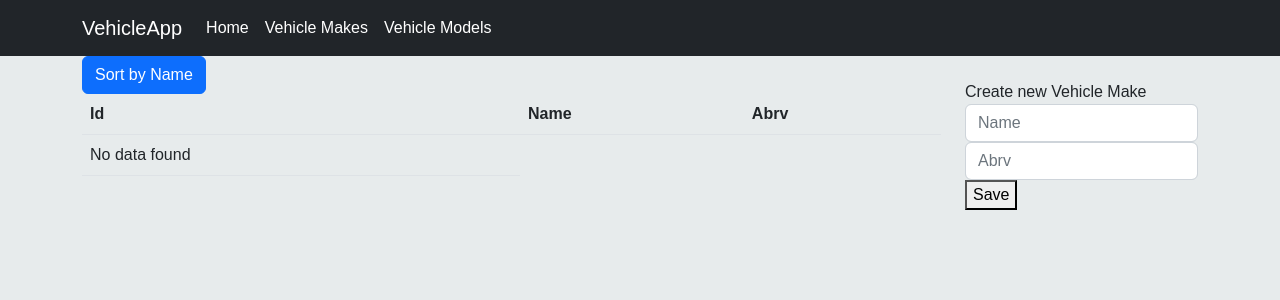
Repository: magdalenarajic/VehicleFrontend
Page: /Makes
The author's editor kept a copy of each file at every save. The page is drawn from the files as they stood at one save, then again after the next save.
The browser window is 1280 px wide. The pictures show the whole page.
The page's requests for data from a server got no answer. The project was rebuilt for these pictures with package versions that can differ from the ones it lists, and the page was loaded fresh each time. No one was signed in, and anything a server would have sent is missing. Also part of the build but not shown: src/components/Home.js, src/services/modelService.js, src/stores/modelStore.js, src/components/VehicleModel.js.

Above is the page before, as saved 2023-03-10 12:57:35.

After the next save:
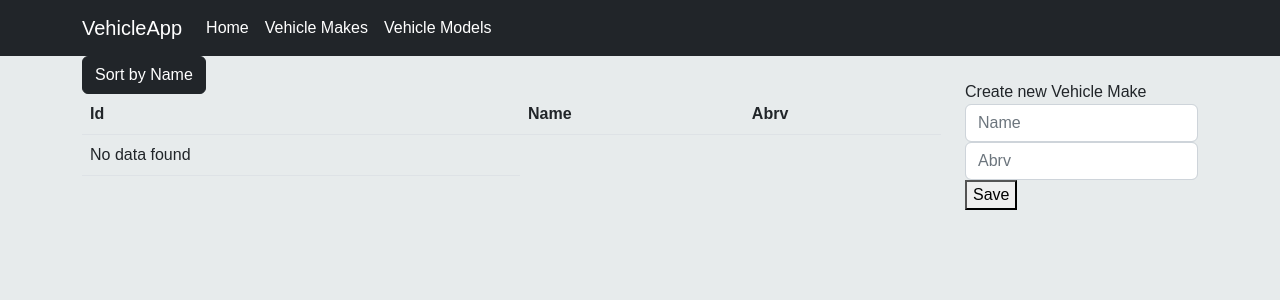
Saved 73 s later.
--- a/src/components/VehicleMake.js
+++ b/src/components/VehicleMake.js
@@ -35,7 +35,7 @@ const MakeList = () => {
     const id = {
       Id: editId,
     };
-    console.log(data,id);
+    console.log(data, id);
     makeStore.updateData(editName, editAbrv, editId);
     setEditName("");
     setEditAbrv("");
@@ -54,7 +54,7 @@ const MakeList = () => {
   };
 
   const handleSort = () => {
-             makeStore.sortData();
+    makeStore.sortData();
   };
 
   return (
@@ -64,12 +64,15 @@ const MakeList = () => {
           <Container>
             <Row>
               <Col>
-              <Col>  <button
-                    className="btn btn-primary"
+                <Col>
+                  {" "}
+                  <button
+                    className="btn btn-dark"
                     onClick={() => handleSort()}
                   >
                     Sort by Name
-                  </button> </Col>
+                  </button>{" "}
+                </Col>
                 <Table>
                   <thead>
                     <tr>
@@ -158,7 +161,10 @@ const MakeList = () => {
                   onChange={(e) => setEditAbrv(e.target.value)}
                 ></input>
                 <Col>
-                  <button className="create-button" onClick={() => updateData()}>
+                  <button
+                    className="create-button"
+                    onClick={() => updateData()}
+                  >
                     Save Changes
                   </button>
                 </Col>
@@ -172,5 +178,4 @@ const MakeList = () => {
   );
 };
 
-
 export default MakeList;
